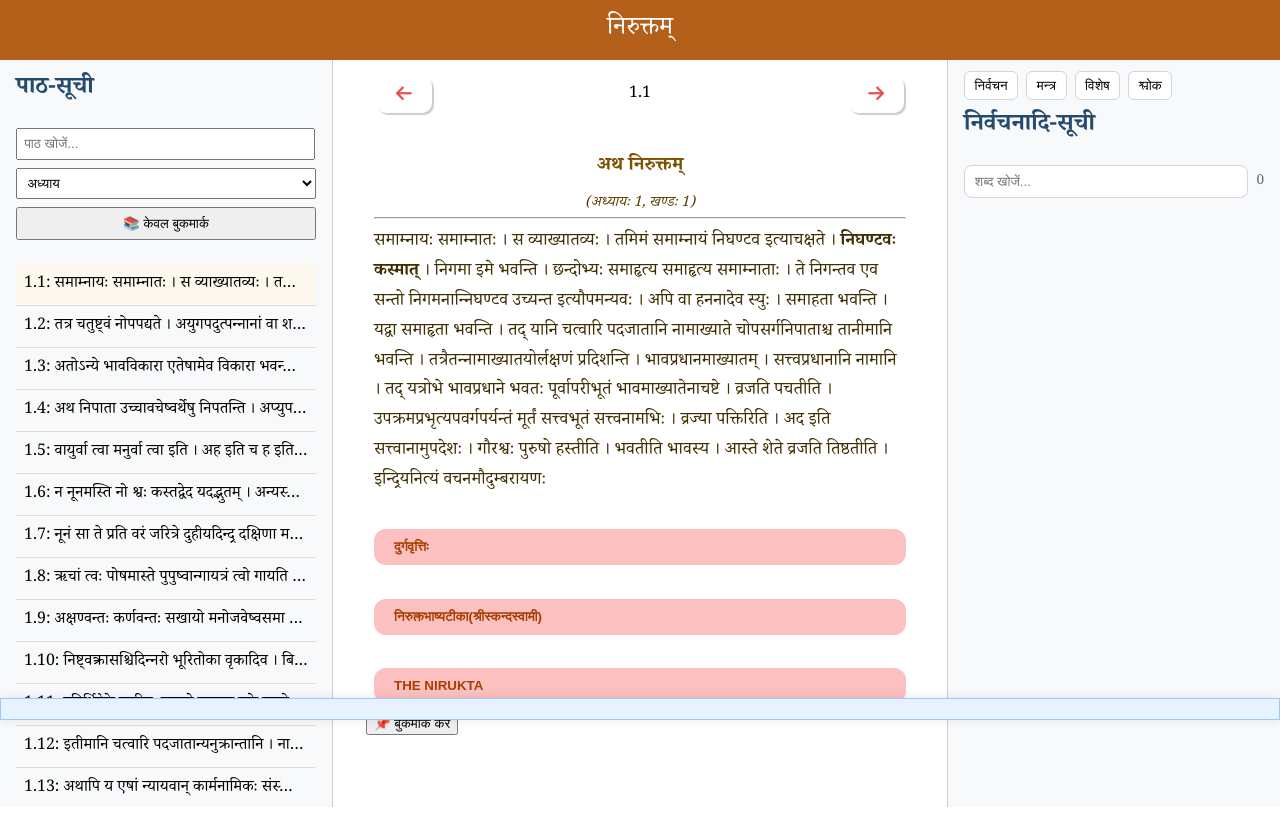
Repository: sanskritsphere/Niruktam
Page: index.html
The author's editor kept a copy of each file at every save. The page is drawn from the files as they stood at one save, then again after the next save.
The browser window is 1280 px wide. The pictures show the whole page.
Some web fonts or font styles are not loaded; a fallback is used.

Above is the page before, as saved 2025-12-04 10:51:35.

### index.html
<!DOCTYPE html>
<html lang="sa">
<head>
  <meta charset="UTF-8">
  <meta name="viewport" content="width=device-width, initial-scale=1.0">
  <title>निरुक्तम्(1.1)</title>
  <link rel="stylesheet" type="text/css" href="style.css">
  <link rel="stylesheet" href="https://cdnjs.cloudflare.com/ajax/libs/font-awesome/6.5.0/css/all.min.css">
  <link href="https://fonts.googleapis.com/css2?family=Noto+Serif+Devanagari&family=Mukta&family=Tiro+Devanagari+Sanskrit&display=swap" rel="stylesheet">
  </head>
<body>
  <div class="loader" id="loader"></div>
  <div id="header">
    <span>निरुक्तम्</span>
  </div>
  <button class="menu-toggle" onclick="toggleSidebar()">☰</button>

  <aside id="sidebar">
    <h2>पाठ-सूची</h2>
    <input id="searchInput" oninput="leftSearch()" type="text" placeholder="पाठ खोजें...">
    <select id="filterAdhyay" name="selector"><option value=""></option></select>
    <button id="filterBookmarked">📚 केवल बुकमार्क</button>
       <ul id="sutraList"></ul>
  </aside>


  <div id="tipsBox"></div>
  <main onclick="toggleSidebar(true)">
    <div id="sutraContent"></div>
  </main>

   <aside id="markSidebar">
  <h2>निर्वचनादि-सूची</h2>

  <div class="markSearch">
    <input id="markSearchInput" type="search" placeholder="शब्द खोजें..." />
    <span id="markSearchCount"></span>
  </div>

  <ul id="markList"></ul>
</aside>


 <script src="script.js" defer></script>
</body>
</html>

### style.css
/* ------------- Fonts ------------- */
@import url('https://fonts.googleapis.com/css2?family=Noto+Serif+Devanagari&display=swap');

/* ------------- Base ------------- */
html::-webkit-scrollbar { display: none; }
body, main, .sutra {
  font-family: 'Noto Serif Devanagari', 'Sanskrit Text', serif;
}
body {
  margin: 0;
  overflow: auto;               /* allow page scroll */
  scrollbar-width: none;        /* Firefox hide scrollbar */
}

/* ------------- Header ------------- */
#header {
  background-color: #b4601b;
  height: 60px;
  position: fixed;
  top: 0; left: 0;
  width: 100%;
  z-index: 999;
  display: flex;
  justify-content: center;
  align-items: center;
  font-size: 25px;
  font-weight: 400;
  color: #ffffff;
}

aside:not(#markSidebar) {
  width: 300px;
  overflow-y: auto;
  background: #f7f9fb;
  border-right: 1px solid #ccc;
  padding: 1rem;
  transition: transform 0.3s ease-in-out;
  position: fixed;
  top: 55px;
  left: 0;
  z-index: 3;
  height: 100vh;
  scroll-behavior: smooth;
}
aside:not(#markSidebar) h2 {
  margin-top: 0;
  color: #244a6e;
}
#searchInput, #filterAdhyay, #filterPaad, #filterBookmarked {
  width: 100%;
  margin-bottom: 0.5rem;
  padding: 0.4rem;
}
#searchInput { width: 94%; }
aside:not(#markSidebar) ul { list-style: none; padding: 0; }
aside:not(#markSidebar) li {
  padding: 0.5rem;
  cursor: pointer;
  border-bottom: 1px solid #ddd;
  white-space: nowrap;
  overflow: hidden;
  text-overflow: ellipsis;
  position: relative;
}
aside:not(#markSidebar) li:hover,
aside:not(#markSidebar) li.active {
  background-color: #fdf8ee;
}

/* ------------- Right Sidebar (marked terms) ------------- */
#markSidebar{
  width: 300px;
  overflow-y: auto;
  background: #f7f9fb;
  border-left: 1px solid #ccc;
  padding: 1rem;
  position: fixed;
  top: 55px;
  right: 0;
  height: 100vh;
  z-index: 3;
}
#markSidebar h2{
  margin-top: 0;
  color: #244a6e;
}
.markSearch{
  display: flex;
  gap: .5rem;
  align-items: center;
  margin-bottom: .75rem;
}
#markSearchInput{
  flex: 1;
  padding: .5rem .6rem;
  border: 1px solid #cfd6de;
  border-radius: .5rem;
  outline: none;
}
#markSearchInput:focus{
  border-color: #7aa7d7;
  box-shadow: 0 0 0 2px rgba(122,167,215,.15);
}
#markSearchCount{
  font-size: .85rem;
  color: #5b6b7c;
  white-space: nowrap;
}
#markList{
  list-style: none;
  margin: 0; padding: 0;
}
#markList li{
  padding: .45rem .25rem;
  border-bottom: 1px solid #e6ecf2;
  cursor: pointer;
  white-space: nowrap;
  overflow: hidden;
  text-overflow: ellipsis;
}
#markList li:hover{ background:#eef4fa; }
/* highlight tag (either <mark> or your custom span.mk) */
#markList mark,
#markList .mark,
#markList .mk {
  background: #ffef8a;
  padding: 0 .1rem;
  border-radius: .2rem;
}

/* ------------- Main Content ------------- */
main{
  flex: 1;
  padding: 1rem;
  overflow-y: auto;
  /* दोनों sidebars की जगह छोड़ो */
  margin-left: 350px;
  margin-right: 350px;
  margin-top: 30px;
}
.sutra h2 {
  margin-top: 0;
  background-color: #fff8dc;
  padding: 0.75rem 1rem;
  border-radius: 8px;
  font-size: 1.1rem;
  color: #5b4200;
  box-shadow: 0 1px 3px rgba(0,0,0,0.1);
  font-style: italic;
  line-height: 1.6;
}
.meta, .section { margin-top: 1rem; }
.meta {
  border-radius: 8px;
  font-size: 0.9rem;
  color: #5b4200;
  font-style: italic;
  line-height: .6;
  display: block;
  text-align: center;
}
#sutra_display {
  margin: 20px auto;
  padding: 15px;
  border-radius: 15px;
  text-align: center;
  font-family: 'Noto Serif Devanagari', 'Tiro Devanagari Sanskrit', 'Mukta', serif;
  font-size: 1.5rem;
  line-height: 2.2rem;
  color: #4b2e05;
}
.section {
  padding: .5rem;
  border-radius: 8px;
  font-size: 1.1rem;
  color: #3e2e00;
  line-height: 1.7;
}
.section strong {
  display: block;
  text-align: center;
  font-weight: bold;
  margin-bottom: 0.5rem;
  color: #7a5200;
  font-size: 1.2rem;
  padding: 0 20px;
  border-radius: 20px;
}
.bookmark { background-color: #ffe680; }
.mantr { color: #a63f00; }

/* ------------- Buttons, Toggles, Tips ------------- */
.menu-toggle {
  display: none;
  position: fixed;
  top: 10px; left: 10px;
  background: #7a5200;
  color: white;
  border: none;
  padding: 0.5rem 1rem;
  z-index: 1000;
  border-radius: 8px;
  cursor: pointer;
}
.toggle-content { display: none; margin-top: 0.5rem; border-radius: 6px; background: bottom; }
.toggle-btn {
  background-color: #fcc0c0;
  color: #a63f00;
  border: none;
  border-radius: 12px;
  padding: 10px 20px;
  font-weight: bold;
  cursor: pointer;
  margin-bottom: 0.1rem;
  display: block;
  width: 100%;
  text-align: left;
  transition: background-color 0.9s ease;
}
#tipsBox {
  margin: auto;
  position: fixed;
  bottom: 0; left: 0; right: 0;
  background: #e6f2ff;
  border: 1px solid #a0c6ff;
  padding: 10px;
  text-align: center;
  font-size: 14px;
  font-style: italic;
  color: #003366;
  box-shadow: 0 0 10px rgba(0,0,0,0.1);
  z-index: 9999;
}

/* ------------- Anchor flash on jump ------------- */
.mark-anchor.flash { animation: flashBg 1.2s ease-out 1; }
@keyframes flashBg {
  0% { background: #fffa9e; }
  100% { background: transparent; }
}

/* ------------- Mobile ------------- */
@media (max-width: 768px){
  body { flex-direction: column; }
  /* Left sidebar slides in/out */
  aside:not(#markSidebar) {
    position: absolute;
    top: 55px; left: 0;
    height: 100vh; width: 250px;
    transform: translateX(-100%);
    z-index: 0;
  }
  aside:not(#markSidebar).open { transform: translateX(0); }
  /* Right sidebar hidden on mobile by default */
  #markSidebar { display: none; }
  /* Main gets normal margins on mobile */
  main {
    padding: 1rem;
    margin: 50px 5px 0 5px;   /* top right bottom left */
  }
}

/* ------------- Sutra nav buttons ------------- */
.sutra-btn {
  margin: 20px auto;
  text-align: center;
  display: flex;
  justify-content: space-between;
  border-radius: 10px;
}
.sutra-btn button {
  margin: 10px;
  color: #e35353;
  padding: 5px 20px;
  font-size: 18px;
  border: none;
  border-radius: 10px;
  box-shadow: 2px 2px 1px rgba(0, 0, 0, 0.2);
  transition: all 0.3s ease;
  cursor: pointer;
  font-weight: bold;
  background-color: #0000; /* transparent */
}
.sutra-btn button:hover {
  box-shadow: 0 6px 6px rgba(0, 0, 0, 0.3);
  transform: translateY(-2px);
}
.sutra-btn button:active {
  background-color: #f9af5b;
  transform: translateY(0);
  box-shadow: 0 3px 6px rgba(0, 0, 0, 0.2);
}
#filterBookmarked { cursor: pointer; }
.chihnit{
  color: #d20000;
  background-color: #eaff00;
}

.main-flash { background:#ffef8a; border-radius:3px; transition:background 1.2s ease; animation: mainFlash 1.2s ease-out 1; }
@keyframes mainFlash { 0%{background:#ffef8a;} 100%{background:transparent;} }
#markTabs .mark-tab-btn { background:#fff; }
#markTabs .mark-tab-btn[aria-selected="true"],
#markTabs .mark-tab-btn.active { background:#e8f0fe; border-color:#9bb3e7; }

/* =============== /END OF FILE/ =============== */

Loaded but not shown: data.json (4814 lines, source omitted); script.js (525 lines, source omitted)

After the next save:
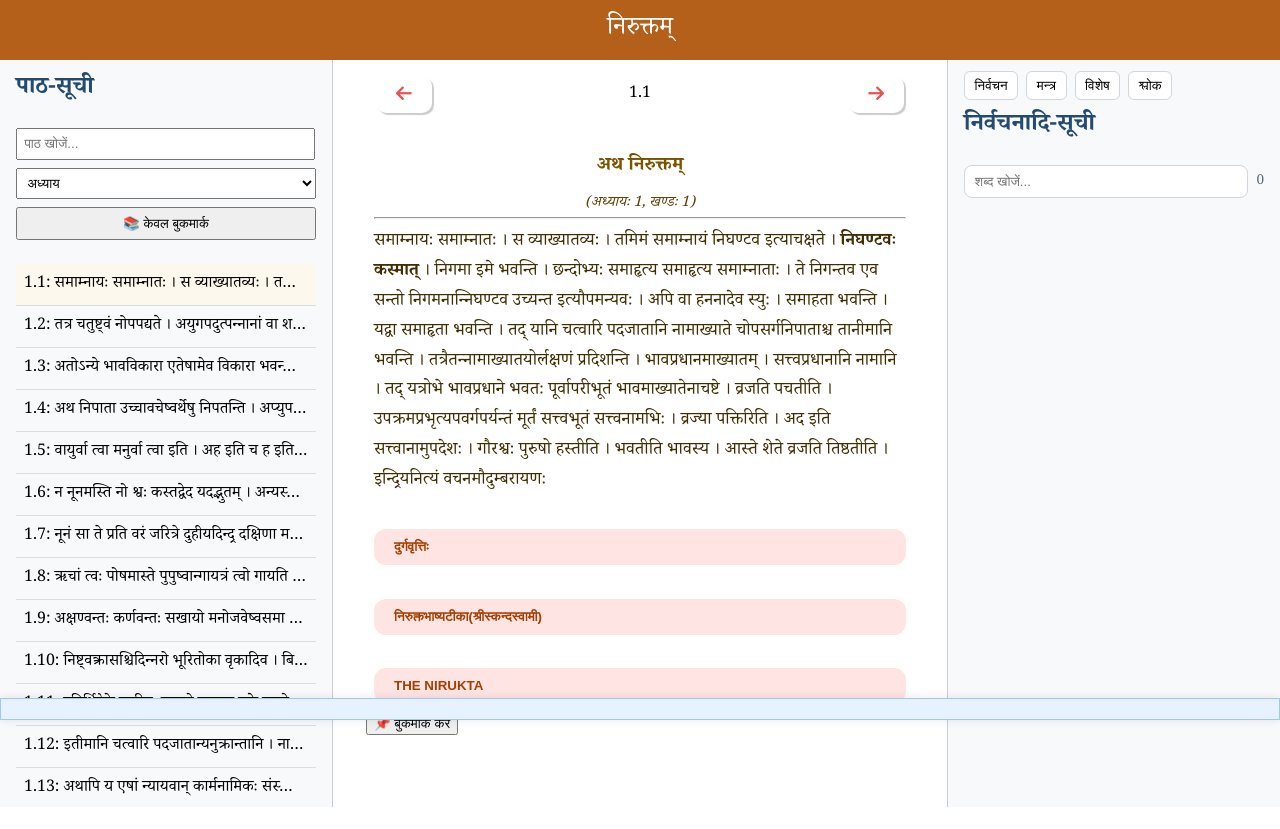
Saved 50 s later.
--- a/style.css
+++ b/style.css
@@ -204,7 +204,7 @@ main{
 }
 .toggle-content { display: none; margin-top: 0.5rem; border-radius: 6px; background: bottom; }
 .toggle-btn {
-  background-color: #fcc0c0;
+  background-color: #ffe4e4;
   color: #a63f00;
   border: none;
   border-radius: 12px;
